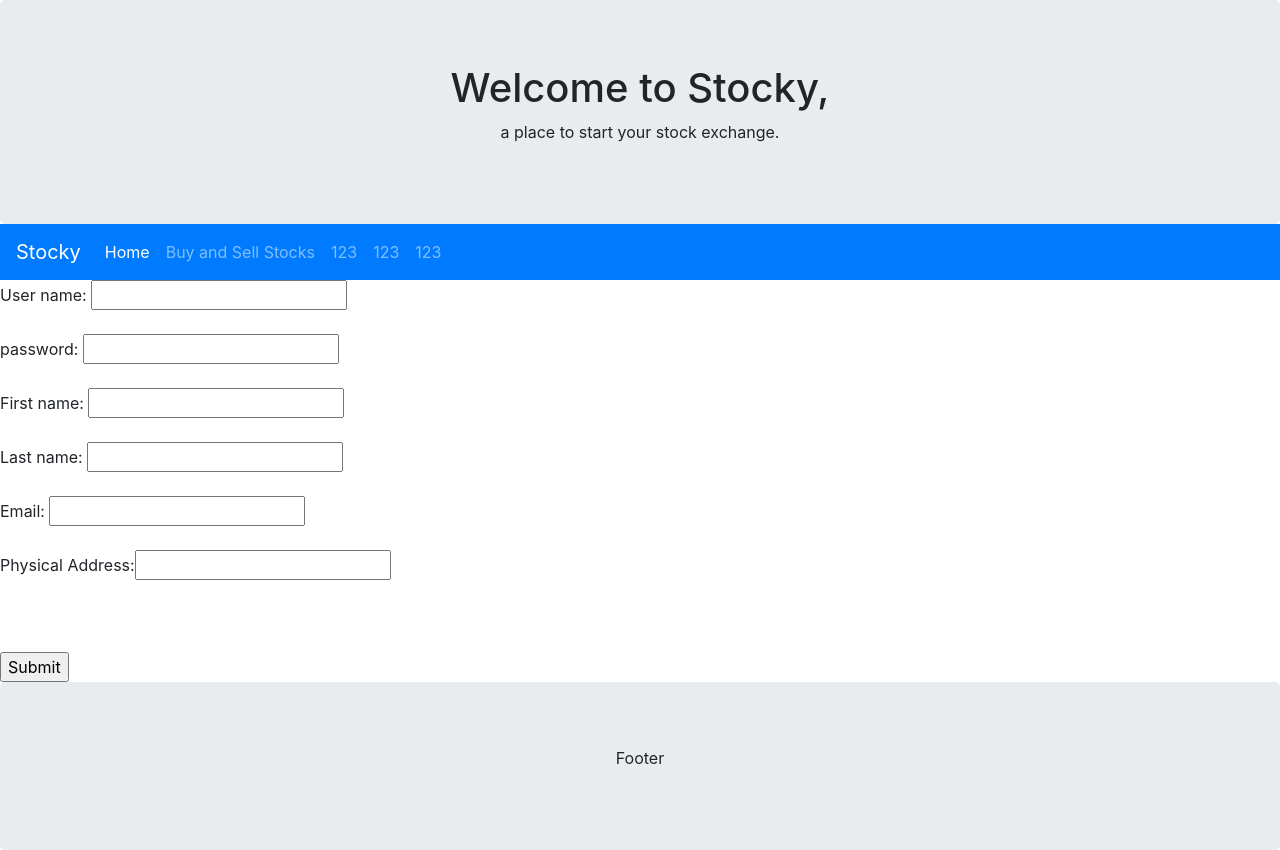
Repository: madfufuu/stocky
Page: http://localhost/stocky/signup.jsp
The author's editor kept a copy of each file at every save. The page is drawn from the files as they stood at one save, then again after the next save.
The browser window is 1280 px wide. The pictures show the whole page.
The page is served by Tomcat 9. Other server files are loaded and not shown.

Above is the page before, as saved 2019-11-27 21:31:43.

### stocky-new-master/stocky/WebContent/signup.jsp
<%@ page language="java" contentType="text/html; charset=UTF-8"
    pageEncoding="UTF-8"%>
<!DOCTYPE html>
<html lang="en">
<head>
	<!-- Required meta tags -->
    <meta charset="utf-8">
    <meta name="viewport" content="width=device-width, initial-scale=1, shrink-to-fit=no">

	<!-- Bootstrap CSS -->
	<link rel="stylesheet" href="https://stackpath.bootstrapcdn.com/bootstrap/4.3.1/css/bootstrap.min.css" integrity="sha384-ggOyR0iXCbMQv3Xipma34MD+dH/1fQ784/j6cY/iJTQUOhcWr7x9JvoRxT2MZw1T" crossorigin="anonymous">
	<link rel="stylesheet" type="text/css" href="./style.css">

	<title>Registration</title>
</head>

<body>
	<div class="jumbotron text-center" style="margin-bottom:0">
  		<h1>Welcome to Stocky,</h1>
 		<p>a place to start your stock exchange.</p>
	</div>

	<nav class="navbar navbar-expand-lg navbar-dark bg-primary sticky-top">
  		<a class="navbar-brand" href="index.jsp">Stocky</a>
  		<button class="navbar-toggler" type="button" data-toggle="collapse" data-target="#navbarSupportedContent" aria-controls="navbarSupportedContent" aria-expanded="false" aria-label="Toggle navigation">
    		<span class="navbar-toggler-icon"></span>
  		</button>

  		<div class="collapse navbar-collapse" id="navbarSupportedContent">
			<ul class="navbar-nav mr-auto">
				<li class="nav-item active">
					<a class="nav-link" href="index.jsp">Home <span class="sr-only">(current)</span></a>
				</li>

				<li class="nav-item">
					<a class="nav-link" href="#">Buy and Sell Stocks</a>
				</li>

				<li class="nav-item">
					<a class="nav-link" href="#">123</a>
				</li>

				<li class="nav-item">
					<a class="nav-link" href="#">123</a>
				</li>

				<li class="nav-item">
					<a class="nav-link" href="#">123</a>
				</li>

			</ul>

		</div>
	</nav>

	<form action="SignUpCheck" method="post">
		User name: <input type="text" name="userid" /><br />
		<br /> password: <input type="password" name="password" /><br />
		<br /> First name: <input type="text" name="fname" /><br />
		<br /> Last name: <input type="text" name="lname" /><br />
		<br /> Email: <input type="text" name="email" /><br />
		<br /> Physical Address:<input type="text" name="paddress" /><br />
		<br /> <br />
		<br /> <input type="submit" />
	</form>

	<div class="jumbotron text-center" style="margin-bottom:0">
		<p>Footer</p>
	</div>



	<!-- Optional JavaScript -->
    <!-- jQuery first, then Popper.js, then Bootstrap JS -->
	<script src="https://code.jquery.com/jquery-3.3.1.slim.min.js" integrity="sha384-q8i/X+965DzO0rT7abK41JStQIAqVgRVzpbzo5smXKp4YfRvH+8abtTE1Pi6jizo" crossorigin="anonymous"></script>
	<script src="https://cdnjs.cloudflare.com/ajax/libs/popper.js/1.14.7/umd/popper.min.js" integrity="sha384-UO2eT0CpHqdSJQ6hJty5KVphtPhzWj9WO1clHTMGa3JDZwrnQq4sF86dIHNDz0W1" crossorigin="anonymous"></script>
	<script src="https://stackpath.bootstrapcdn.com/bootstrap/4.3.1/js/bootstrap.min.js" integrity="sha384-JjSmVgyd0p3pXB1rRibZUAYoIIy6OrQ6VrjIEaFf/nJGzIxFDsf4x0xIM+B07jRM" crossorigin="anonymous"></script>
</body>
</html>

### stocky-new-master/stocky/WebContent/style.css
@charset "UTF-8";
#signin-form-card {
	width: 50%;
}

#signupForm{
	text-align: center;
	margin:  30px;
}

After the next save:
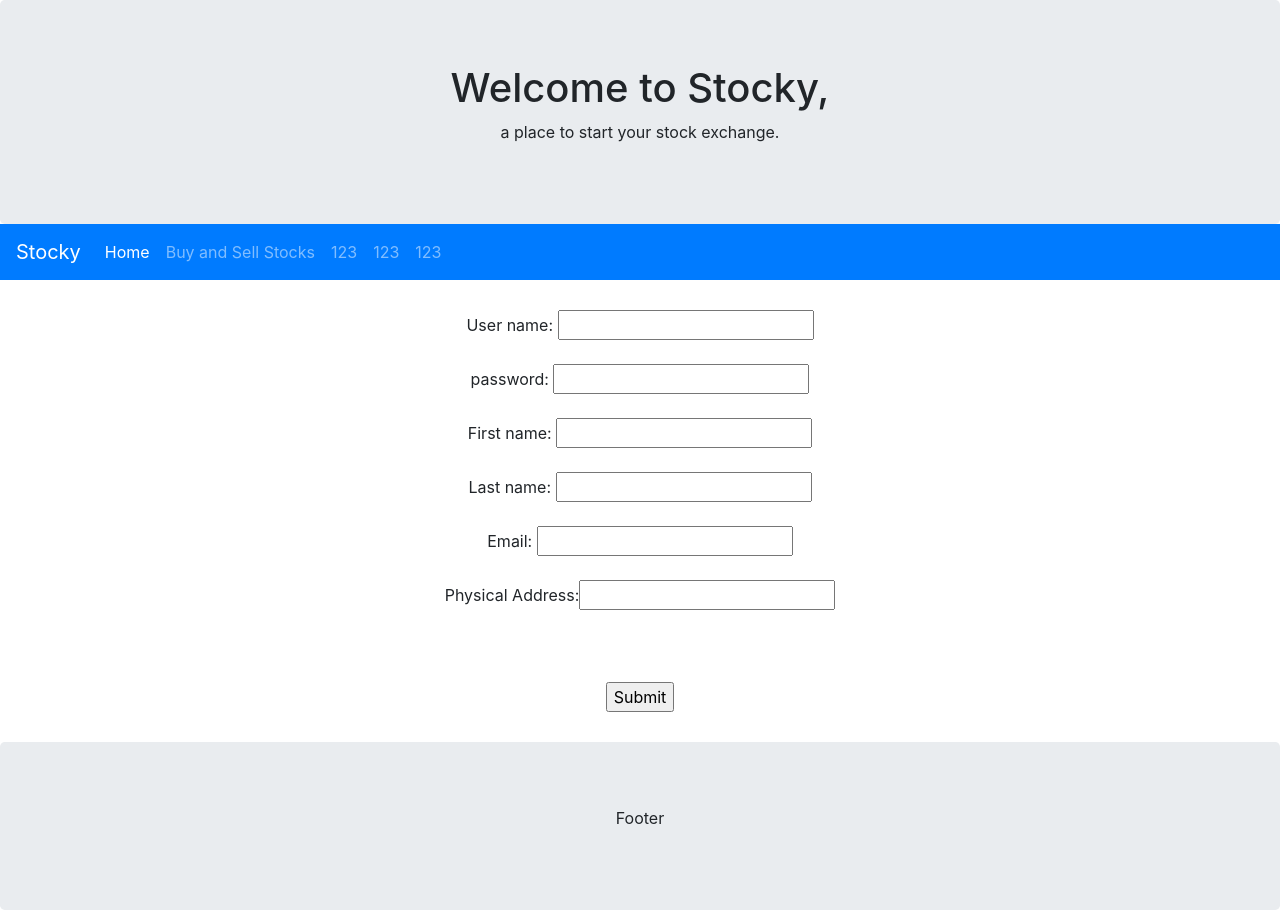
Saved 15 s later.
--- a/stocky-new-master/stocky/WebContent/signup.jsp
+++ b/stocky-new-master/stocky/WebContent/signup.jsp
@@ -53,7 +53,7 @@
 		</div>
 	</nav>
 
-	<form action="SignUpCheck" method="post">
+	<form id="signupForm" action="SignUpCheck" method="post">
 		User name: <input type="text" name="userid" /><br />
 		<br /> password: <input type="password" name="password" /><br />
 		<br /> First name: <input type="text" name="fname" /><br />
